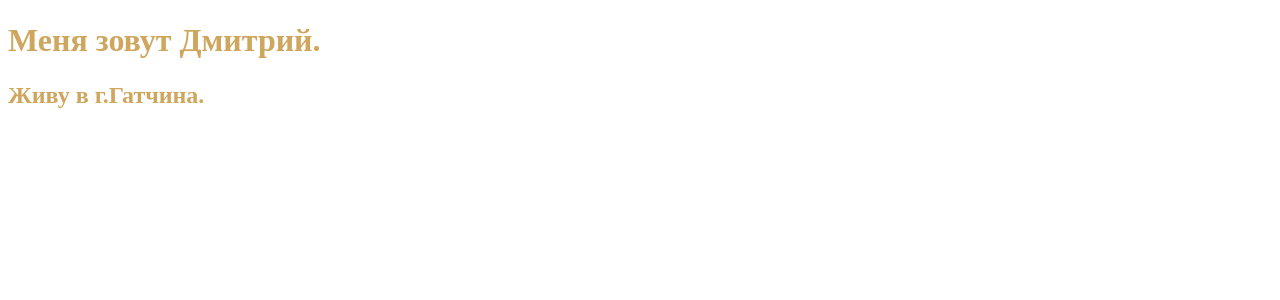
Repository: KoltsovDmitriy/Portfolio
Page: index.html
An editor plug-in stored every save of this project. The page is shown before and after the next save, followed by the edit.
The browser window is 1280 px wide. The pictures show the whole page.

Above is the page before, as saved 2023-03-10 10:17:34.

### index.html
<!DOCTYPE html>
<html lang="en">
<head>
    <meta charset="UTF-8">
    <meta http-equiv="X-UA-Compatible" content="IE=edge">
    <meta name="viewport" content="width=device-width, initial-scale=1.0">
    <title>Frontend</title>
    <link rel="stylesheet" href="./style.css">
</head>
<body>
    <h1 class="intro_title">Меня зовут Дмитрий.</h1>
    <h2 class="text">Живу в г.Гатчина.</h2>
</body>
</html>

### style.css
body{
    font-style: normal;
    font-size: 16px;
    line-height: 1.2;
    font-weight: normal;
    color: rgb(206, 166, 93);
}

After the next save:
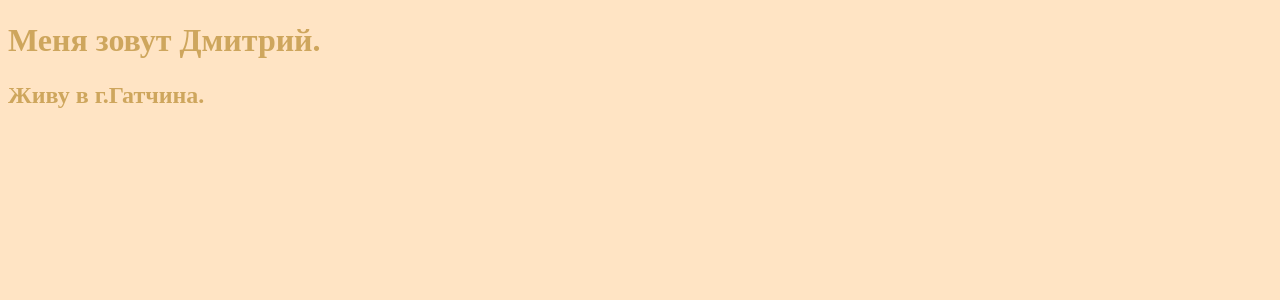
Saved 32 s later.
--- a/style.css
+++ b/style.css
@@ -4,4 +4,5 @@ body{
     line-height: 1.2;
     font-weight: normal;
     color: rgb(206, 166, 93);
+    background-color: bisque;
 }
